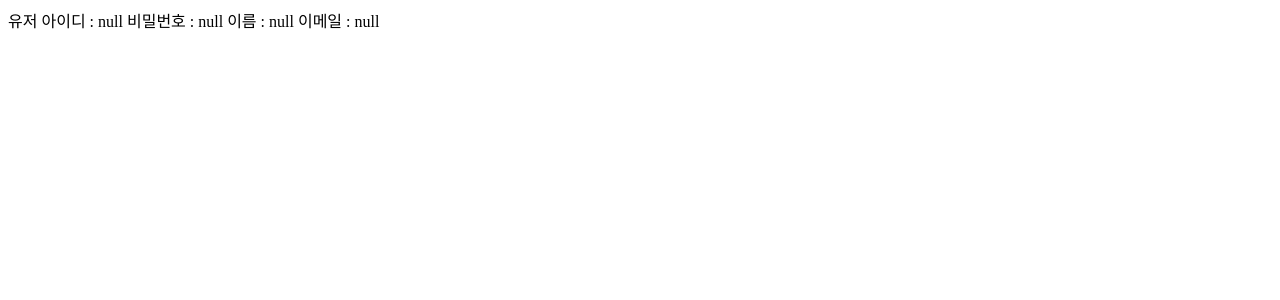
Repository: steeveelee2/WEB_Study
Page: http://localhost/servlet1Project/silsub1.do
An editor plug-in stored every save of this project. The page is shown before and after the next save, followed by the edit.
The browser window is 1280 px wide. The pictures show the whole page.
The page is served by Tomcat 9. Other server files are loaded and not shown.

Above is the page before, as saved 2018-10-10 23:28:09.

### webWorkspace/servlet1Project/src/controller/Silsub1Servlet.java
package controller;

import java.io.IOException;
import java.io.PrintWriter;

import javax.servlet.ServletException;
import javax.servlet.annotation.WebServlet;
import javax.servlet.http.HttpServlet;
import javax.servlet.http.HttpServletRequest;
import javax.servlet.http.HttpServletResponse;

/**
 * Servlet implementation class Silsub1Servlet
 */
@WebServlet("/silsub1.do")
public class Silsub1Servlet extends HttpServlet {
	private static final long serialVersionUID = 1L;

    /**
     * @see HttpServlet#HttpServlet()
     */
    public Silsub1Servlet() {
        super();
        // TODO Auto-generated constructor stub
    }

	/**
	 * @see HttpServlet#doGet(HttpServletRequest request, HttpServletResponse response)
	 */
	protected void doGet(HttpServletRequest request, HttpServletResponse response) throws ServletException, IOException {
		request.setCharacterEncoding("UTF-8");
		response.setContentType("text/html; charset=UTF-8");

		PrintWriter out=response.getWriter();

		out.println("<html><head><title>실습1</title></head><body>");
		out.println("유저 아이디 : "+request.getParameter("userid"));
		out.println("비밀번호 : "+request.getParameter("pass"));
		out.println("이름 : "+request.getParameter("name"));
		out.println("이메일 : "+request.getParameter("email"));
		out.println("</body></html>");

	}

	/**
	 * @see HttpServlet#doPost(HttpServletRequest request, HttpServletResponse response)
	 */
	protected void doPost(HttpServletRequest request, HttpServletResponse response) throws ServletException, IOException {
		// TODO Auto-generated method stub
		doGet(request, response);
	}

}

After the next save:
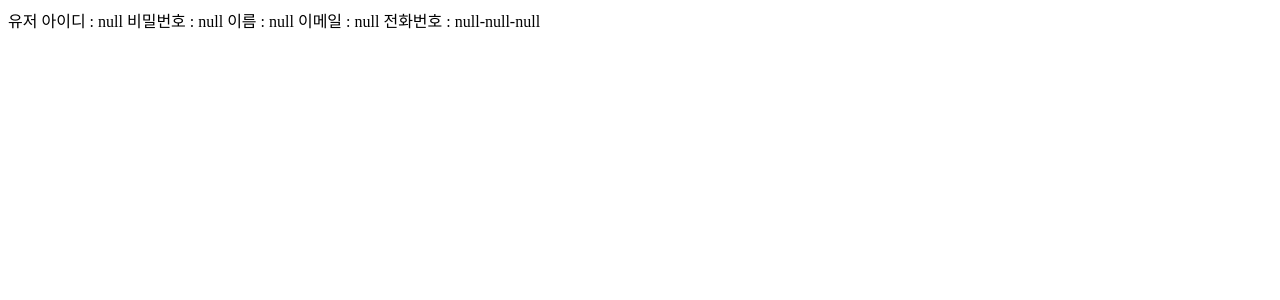
Saved 44 s later.
--- a/webWorkspace/servlet1Project/src/controller/Silsub1Servlet.java
+++ b/webWorkspace/servlet1Project/src/controller/Silsub1Servlet.java
@@ -38,6 +38,7 @@ public class Silsub1Servlet extends HttpServlet {
 		out.println("비밀번호 : "+request.getParameter("pass"));
 		out.println("이름 : "+request.getParameter("name"));
 		out.println("이메일 : "+request.getParameter("email"));
+		out.println("전화번호 : "+request.getParameter("tel1")+"-"+request.getParameter("tel2")+"-"+request.getParameter("tel3"));
 		out.println("</body></html>");
 
 	}
